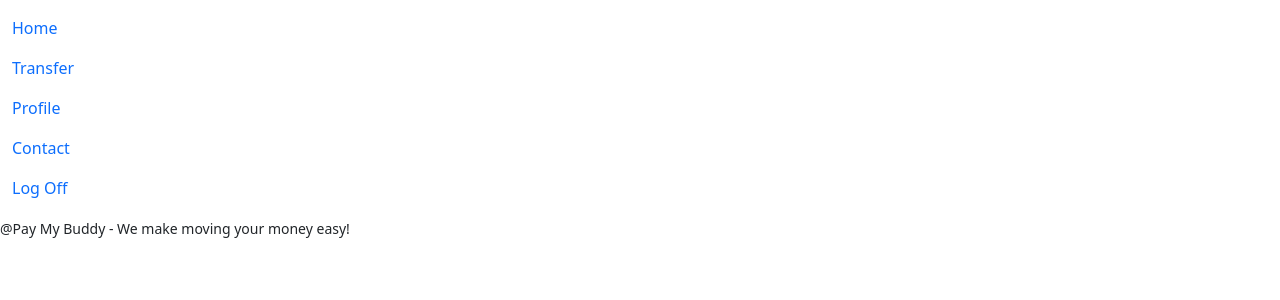
Repository: Am-BOUK/paymybuddy
Page: http://localhost/template1
An editor plug-in stored every save of this project. The page is shown before and after the next save, followed by the edit.
The browser window is 1280 px wide. The pictures show the whole page.
The page is this project's Thymeleaf template; nobody is signed in. The template is opened directly, without the code that normally fills it, so the values that code supplies are empty.

Above is the page before, as saved 2021-12-15 17:46:06.

After the next save:
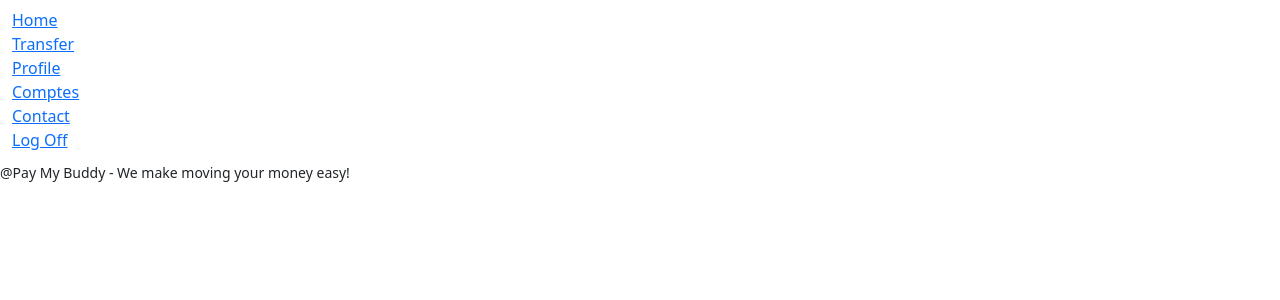
Saved 3 min 28 s later.
--- a/PayMyBuddy/src/main/resources/templates/template1.html
+++ b/PayMyBuddy/src/main/resources/templates/template1.html
@@ -19,11 +19,12 @@
 		<div class="navbar navbar-default">
 			<div class="container-fluid">
 				<ul class="navbar-nav">
-					<li><a class="nav-link" href="home">Home</a></li>
-					<li><a class="nav-link" href="transfer">Transfer</a></li>
-					<li><a class="nav-link" href="profile">Profile</a></li>
-					<li><a class="nav-link" href="contact">Contact</a></li>
-					<li><a class="nav-link" href="logOff">Log Off</a></li>
+					<li><a th:href='@{home}'>Home</a></li>
+					<li><a th:href='@{transfer}'>Transfer</a></li>
+					<li><a th:href='@{profile}'>Profile</a></li>
+					<li><a th:href='@{comptes}'>Comptes</a></li>
+					<li><a th:href='@{contact}'>Contact</a></li>
+					<li><a th:href='@{logOff}'>Log Off</a></li>
 				</ul>
 			</div>
 		</div>
